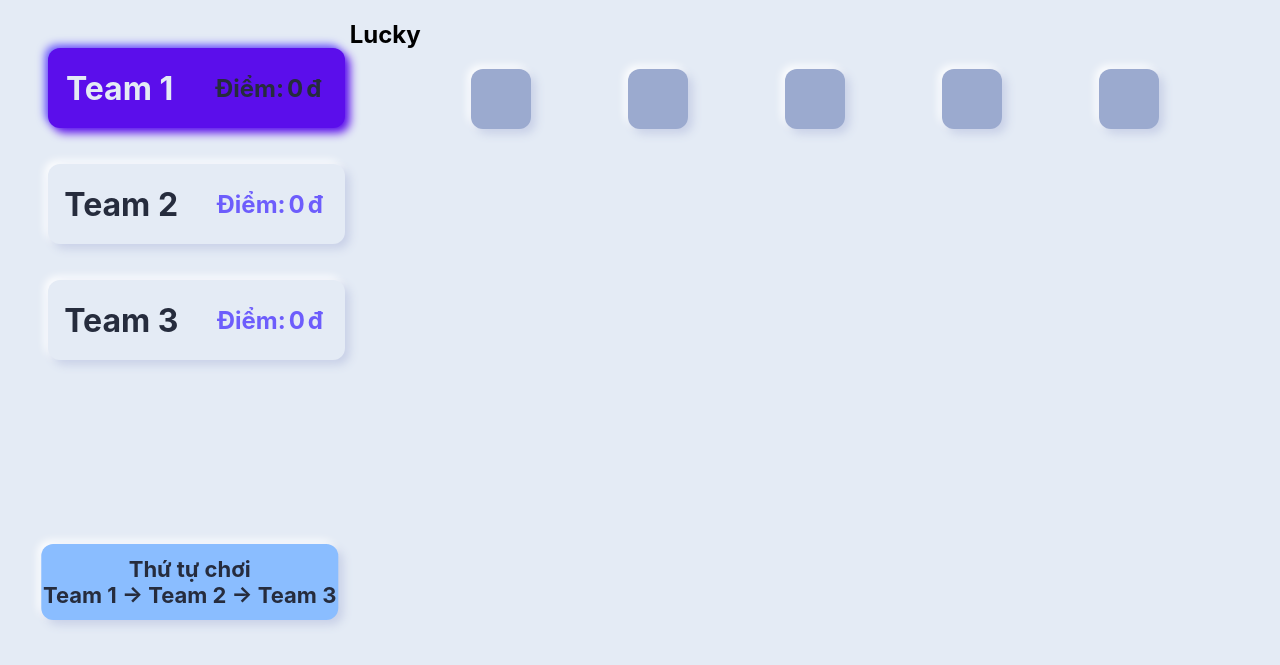
Repository: tinh2044/quzzi_game
Page: /
An editor plug-in stored every save of this project. The page is shown before and after the next save, followed by the edit.
The browser window is 1280 px wide. The pictures show the whole page.
The project was rebuilt for these pictures with package versions that can differ from the ones it lists, and the page was loaded fresh each time. Also part of the build but not shown: src/components/Notification.jsx, src/components/AnswerItem.jsx, src/components/Question.jsx, src/components/SortTeam.jsx.

Above is the page before, as saved 2022-12-15 09:44:55.

After the next save:
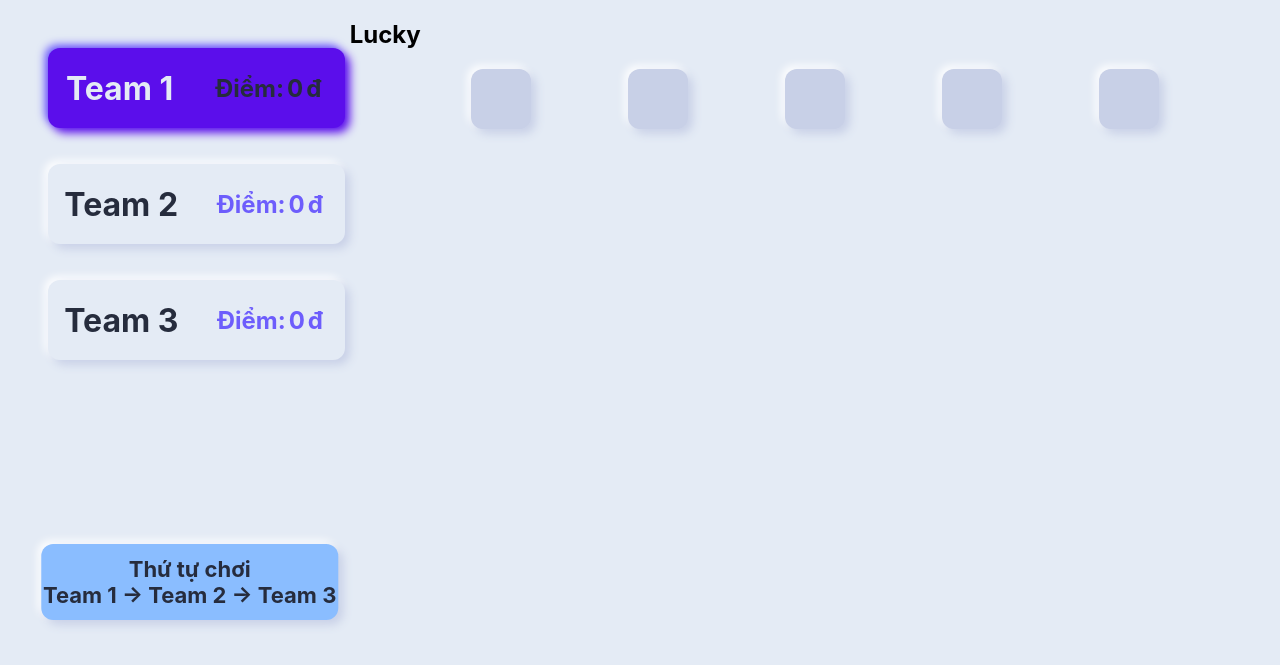
Saved 18 s later.
--- a/src/App.css
+++ b/src/App.css
@@ -313,6 +313,6 @@ input:focus {
     width: 60px;
     height: 60px;
     border-radius: 12px;
-    background-color: var(--greyDark);
-    box-shadow: 0.3rem 0.3rem 0.6rem var(--greyLight-2), -0.2rem -0.2rem 0.5rem var(--white);
-}
+    background-color: var(--greyLight-2);
+    box-shadow: 0.3rem 0.3rem 0.6rem var(--greyLight-2), -0.2rem -0.2rem 0.5rem var(--white);
+}
